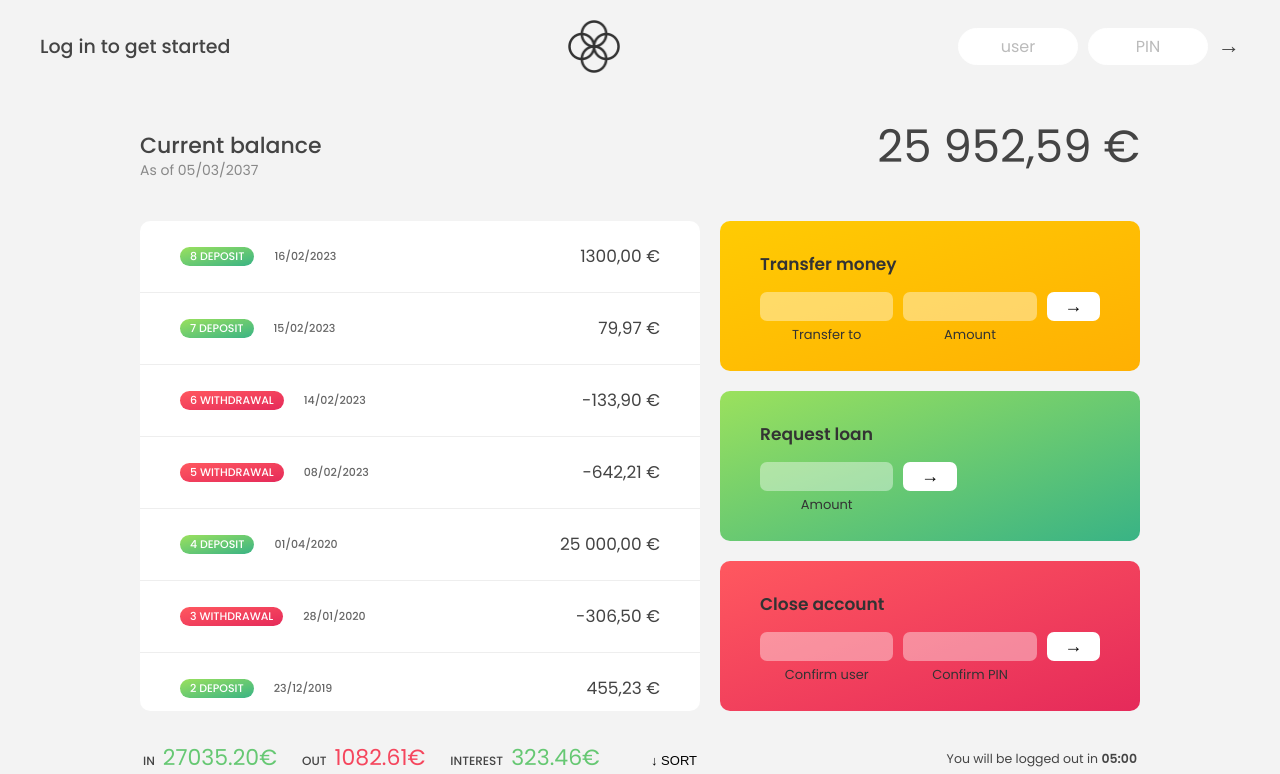
Repository: otvertka/jsc_12
Page: index.html
The author's editor kept a copy of each file at every save. The page is drawn from the files as they stood at one save, then again after the next save.
The browser window is 1280 px wide. The pictures show the whole page.
An inner scrolling area shows only its first screen.

Above is the page before, as saved 2023-02-17 14:29:20.

After the next save:
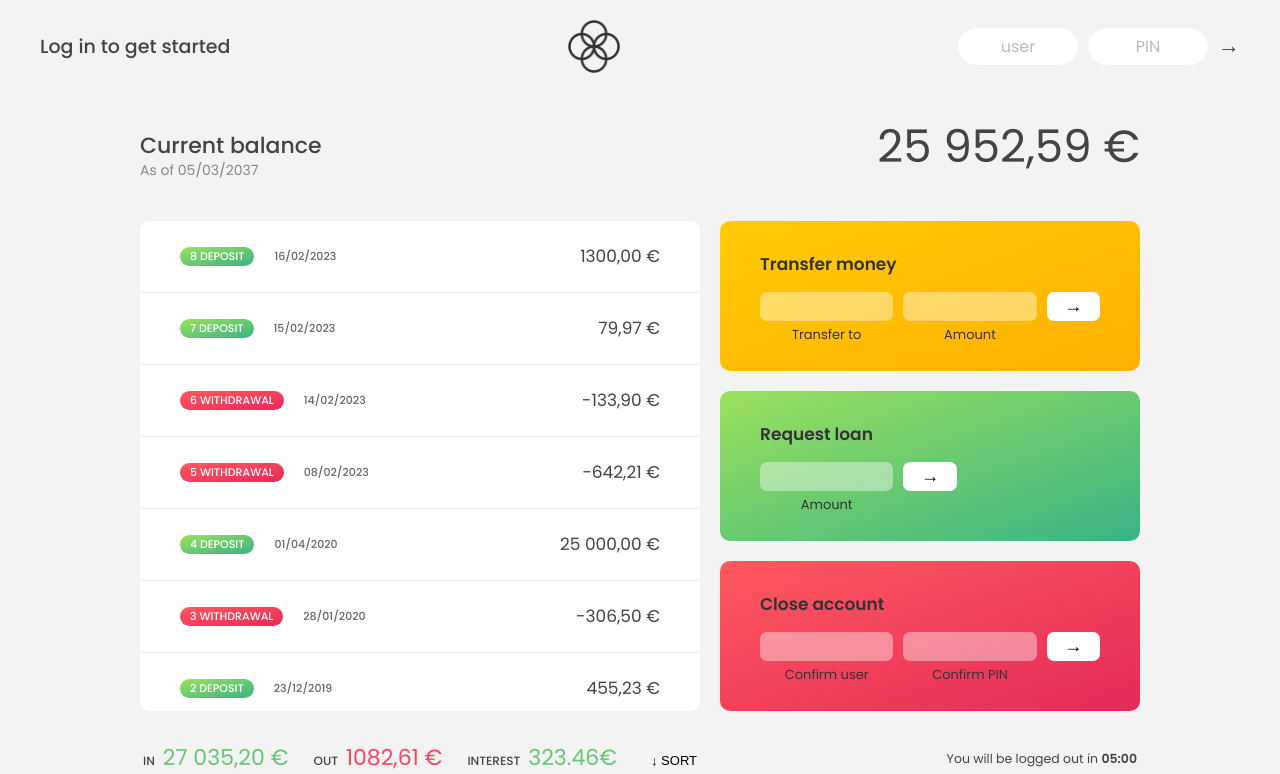
Saved 2 min 54 s later.
--- a/script.js
+++ b/script.js
@@ -146,12 +146,12 @@ const calcDisplaySummary = function (acc) {
   const incomes = acc.movements
     .filter(mov => mov > 0)
     .reduce((acc, mov) => acc + mov, 0);
-  labelSumIn.textContent = `${incomes.toFixed(2)}€`;
+  labelSumIn.textContent = formatCur(incomes, acc.locale, acc.currency);
 
   const out = acc.movements
     .filter(mov => mov < 0)
     .reduce((acc, mov) => acc + mov, 0);
-  labelSumOut.textContent = `${Math.abs(out).toFixed(2)}€`;
+  labelSumOut.textContent = formatCur(Math.abs(out), acc.locale, acc.currency);
 
   const interest = acc.movements
     .filter(mov => mov > 0)
